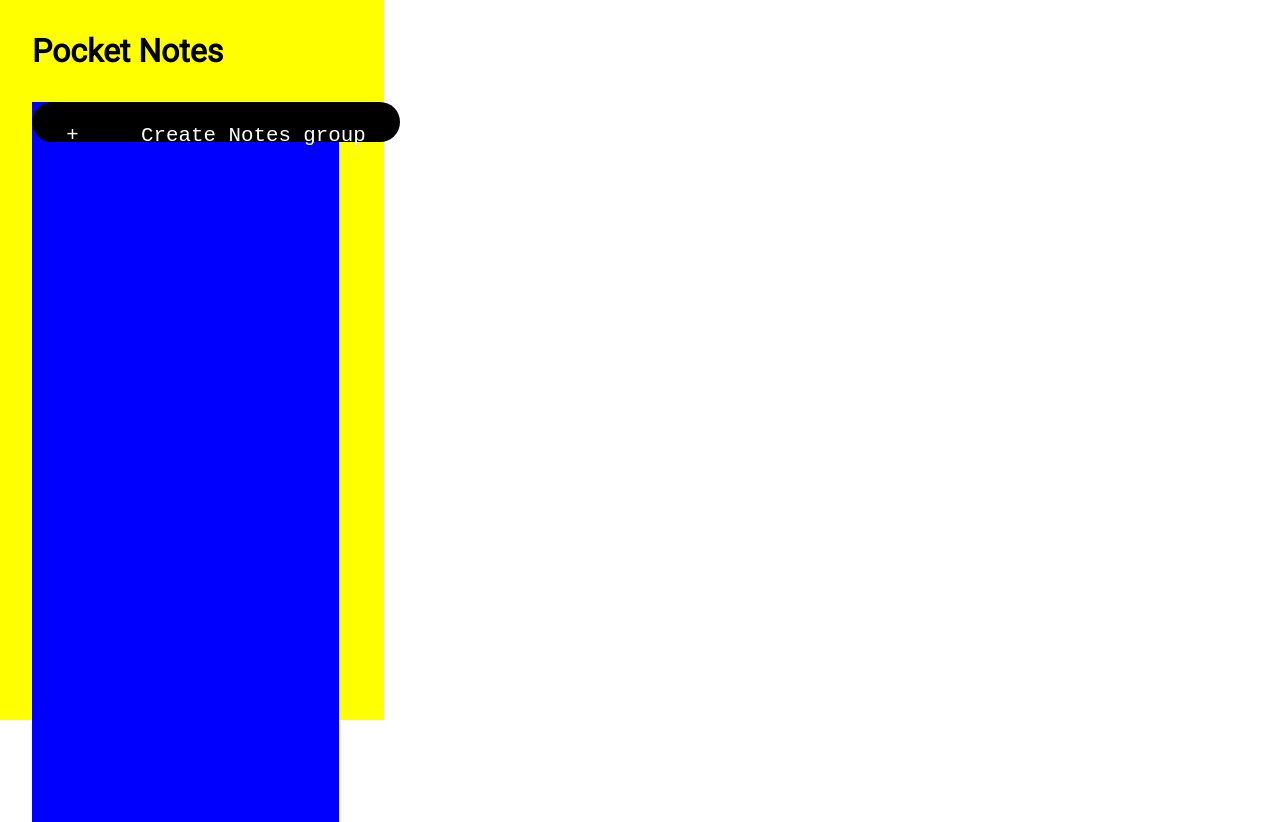
Repository: drumsmanku/react-module-test
Page: /
These files come from the project's save history. The page is drawn as it stood at one moment and after the next save; the edit follows.
The browser window is 1280 px wide. The pictures show the whole page.
The project was rebuilt for these pictures with package versions that can differ from the ones it lists, and the page was loaded fresh each time.

Above is the page before, as saved 2023-06-07 20:50:27.

After the next save:
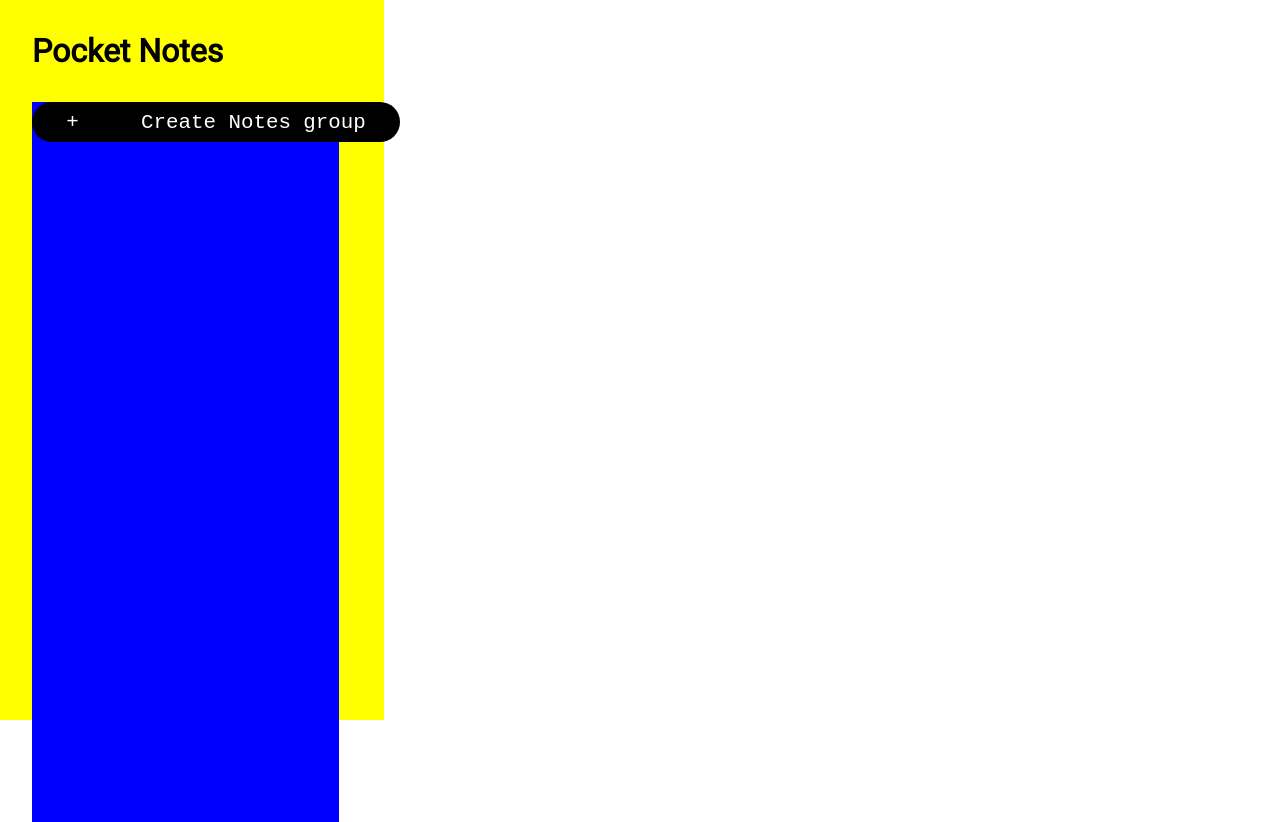
Saved 37 s later.
--- a/src/Components/PopUp.js
+++ b/src/Components/PopUp.js
@@ -22,7 +22,7 @@ function PopUp() {
 
   return (
     <div>
-      <Popup trigger={<button className="btn-1"><pre>+     Create Notes group</pre> </button>} modal nested>
+      <Popup trigger={<button className="btn-1"><pre style={{margin:0}}>+     Create Notes group</pre> </button>} modal nested>
         {(close) => (
           <div className="modal">
             <div className="content">Welcome to GFG!!!</div>
